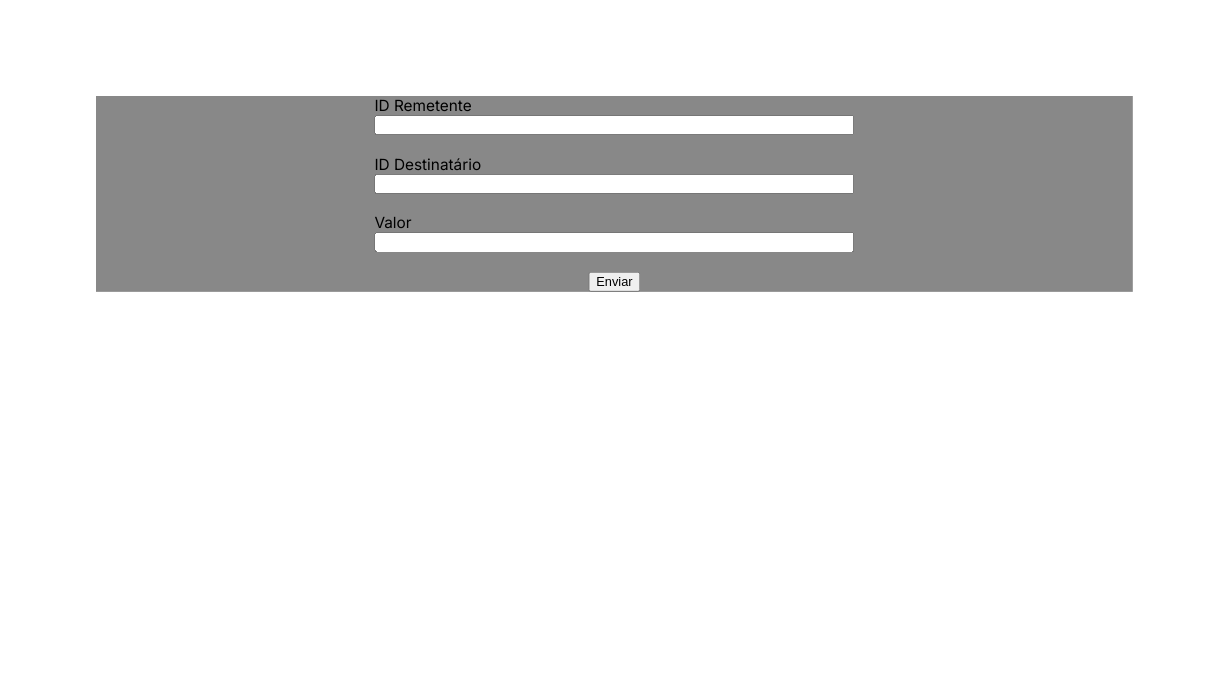
Repository: mateusilva8/tarefa-pix
Page: frontend/pix.html
An editor plug-in stored every save of this project. The page is shown before and after the next save, followed by the edit.
The browser window is 1280 px wide. The pictures show the whole page, at 96% of full size.

Above is the page before, as saved 2023-10-22 14:04:47.

After the next save:
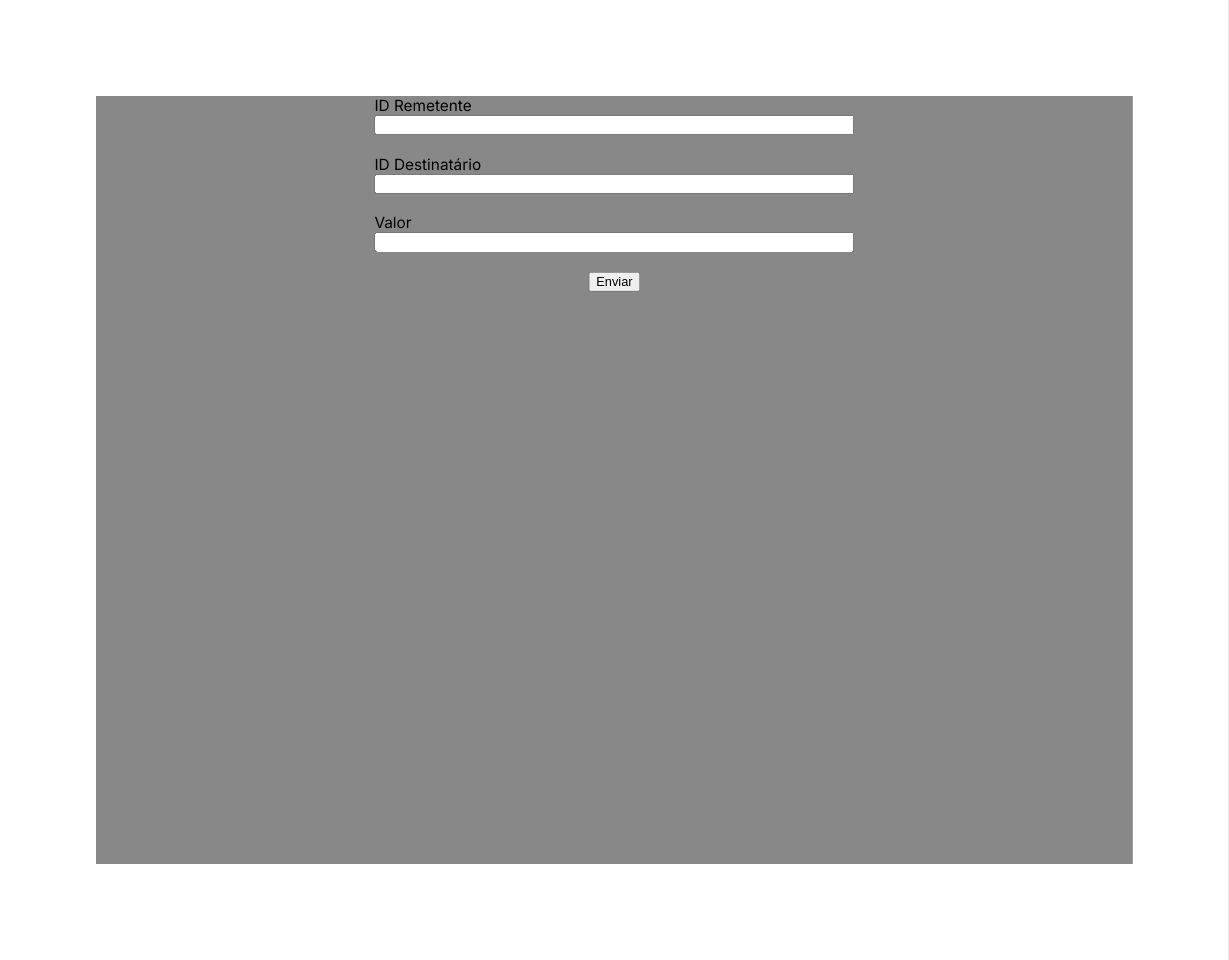
Saved 5 s later.
--- a/frontend/css/pix.css
+++ b/frontend/css/pix.css
@@ -6,7 +6,7 @@ body {
 
 .container {
     background-color: rgb(136, 136, 136);
-    height: 100%;
+    height: 800px;
     margin: 100px;
 }
 
